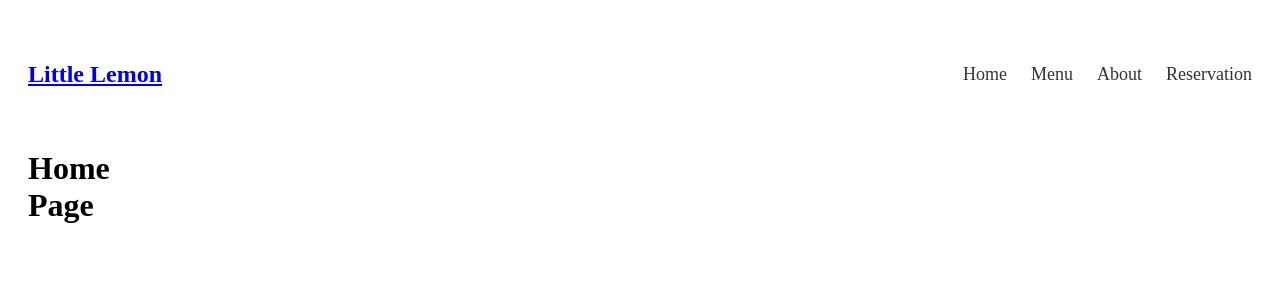
Repository: Yeshwanth-189/little-lemon
Page: / (app in little-lemon/)
The author's editor kept a copy of each file at every save. The page is drawn from the files as they stood at one save, then again after a run of saves.
The browser window is 1280 px wide. The pictures show the whole page.
The project was rebuilt for these pictures with package versions that can differ from the ones it lists, and the page was loaded fresh each time.

Above is the page before, as saved 2025-04-26 15:51:12.

### little-lemon/public/index.html
<!DOCTYPE html>
<html lang="en">
  <head>
    <meta charset="utf-8" />
    <link rel="icon" href="%PUBLIC_URL%/Logo.png" />
    <meta name="viewport" content="width=device-width, initial-scale=1" />
    <meta name="theme-color" content="#000000" />
    <meta
      name="description"
      content="Little Lemon is a family-run Mediterranean restaurant in Chicago, IL."
    />
    <meta name="og:image" content="%PUBLIC_URL%/Logo.png" />
    <meta name="og:title" content="Little-Lemon Restaurant" />
    <link rel="apple-touch-icon" href="%PUBLIC_URL%/Logo.png" />
    <!--
      manifest.json provides metadata used when your web app is installed on a
      user's mobile device or desktop. See https://developers.google.com/web/fundamentals/web-app-manifest/
    -->
    <link rel="manifest" href="%PUBLIC_URL%/manifest.json" />
    <!--
      Notice the use of %PUBLIC_URL% in the tags above.
      It will be replaced with the URL of the `public` folder during the build.
      Only files inside the `public` folder can be referenced from the HTML.

      Unlike "/favicon.ico" or "favicon.ico", "%PUBLIC_URL%/favicon.ico" will
      work correctly both with client-side routing and a non-root public URL.
      Learn how to configure a non-root public URL by running `npm run build`.
    -->
    <title>Little Lemon</title>
    <link rel="stylesheet" href="%PUBLIC_URL%/index.css" />
  </head>
  <body>
    <noscript>You need to enable JavaScript to run this app.</noscript>
    <div id="root"></div>
    <!--
      This HTML file is a template.
      If you open it directly in the browser, you will see an empty page.

      You can add webfonts, meta tags, or analytics to this file.
      The build step will place the bundled scripts into the <body> tag.

      To begin the development, run `npm start` or `yarn start`.
      To create a production bundle, use `npm run build` or `yarn build`.
    -->
  </body>
</html>

### little-lemon/src/index.css
/* Base container for grid layout */
.container {
  display: grid;
  grid-template-columns: repeat(12, 1fr); /* 12 columns for desktop */
  gap: 8px; /* small gap between columns */
  padding: 20px;
}

/* Each column item */
.column {
  background-color: lightblue;
  border: 1px solid #ccc;
  min-height: 100px; /* just to see the box */
  display: flex;
  align-items: center;
  justify-content: center;
  font-weight: bold;
}

/* Mobile view: 4 columns */
@media (max-width: 768px) {
  .container {
    grid-template-columns: repeat(4, 1fr); /* 4 columns for mobile */
  }
}

### little-lemon/src/App.js
import React from "react";
import { BrowserRouter as Router, Routes, Route } from "react-router-dom";
import Nav from "./components/Navigation/NavBar";

function Home() {
  return <h1>Home Page</h1>;
}

function Menu() {
  return <h1>Menu Page</h1>;
}

function About() {
  return <h1>About Page</h1>;
}

function Reservation() {
  return <h1>Reservation Page</h1>;
}

function App() {
  return (
    <div className="container">
      <Router>
        <Nav />
        <Routes>
          <Route path="/" element={<Home />} />
          <Route path="/menu" element={<Menu />} />
          <Route path="/about" element={<About />} />
          <Route path="/reservation" element={<Reservation />} />
        </Routes>
      </Router>
    </div>
  );
}

export default App;

### little-lemon/src/components/Navigation/NavBar.jsx
import React from "react";
import { Link } from "react-router-dom";
import "./NavBar.css";

function Nav() {
  return (
    <nav className="nav-container">
      <div className="logo">
        <Link to="/">Little Lemon</Link>
      </div>
      <ul className="nav-links">
        <li>
          <Link to="/">Home</Link>
        </li>
        <li>
          <Link to="/menu">Menu</Link>
        </li>
        <li>
          <Link to="/about">About</Link>
        </li>
        <li>
          <Link to="/reservation">Reservation</Link>
        </li>
      </ul>
    </nav>
  );
}

export default Nav;

### little-lemon/src/components/Navigation/NavBar.css
.nav-container {
  grid-column: 1 / span 12; /* Span across full width of the grid */
  display: flex;
  justify-content: space-between;
  align-items: center;
  padding: 20px 0;
  background-color: white; /* Match your design */
  position: sticky;
  top: 0;
  z-index: 10; /* Stay on top while scrolling */
}

.logo {
  font-size: 24px;
  font-weight: bold;
  color: #495e57; /* Dark green like Little Lemon style */
}

.nav-links {
  list-style: none;
  display: flex;
  gap: 24px;
}

.nav-links li a {
  text-decoration: none;
  color: #333;
  font-size: 18px;
  font-weight: 500;
}

.nav-links li a:hover {
  color: #f4ce14; /* Highlight on hover (yellowish) */
}

Loaded but not shown: little-lemon/src/index.js (common file); little-lemon/src/reportWebVitals.js (common file); little-lemon/public/index.css (common file)

After the next 2 saves:
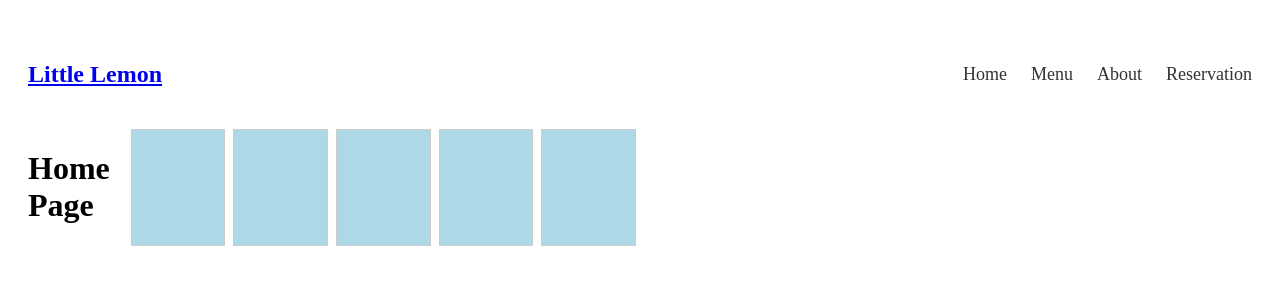
The 2 saves are shown as one change because they came seconds apart.
The last was saved 35 s later.
--- a/little-lemon/src/App.js
+++ b/little-lemon/src/App.js
@@ -30,6 +30,11 @@
           <Route path="/reservation" element={<Reservation />} />
         </Routes>
       </Router>
+      <div className="column"></div>
+      <div className="column"></div>
+      <div className="column"></div>
+      <div className="column"></div>
+      <div className="column"></div>
     </div>
   );
 }

After the save that followed:
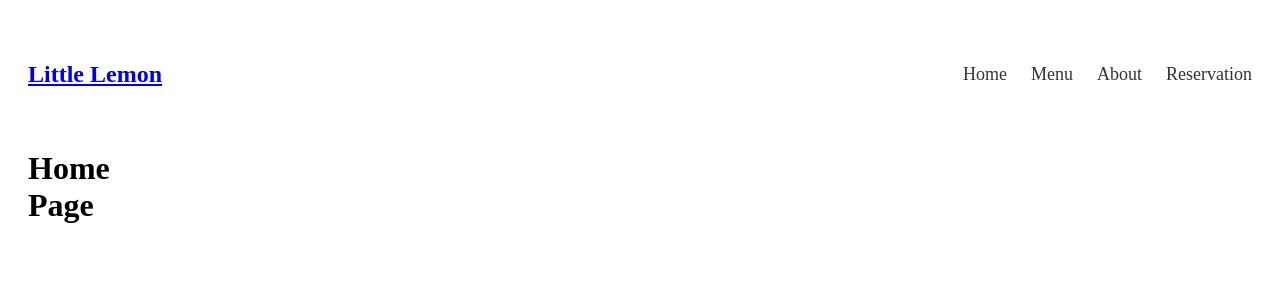
Saved 2 min 13 s later.
--- a/little-lemon/src/App.js
+++ b/little-lemon/src/App.js
@@ -30,11 +30,6 @@
           <Route path="/reservation" element={<Reservation />} />
         </Routes>
       </Router>
-      <div className="column"></div>
-      <div className="column"></div>
-      <div className="column"></div>
-      <div className="column"></div>
-      <div className="column"></div>
     </div>
   );
 }
